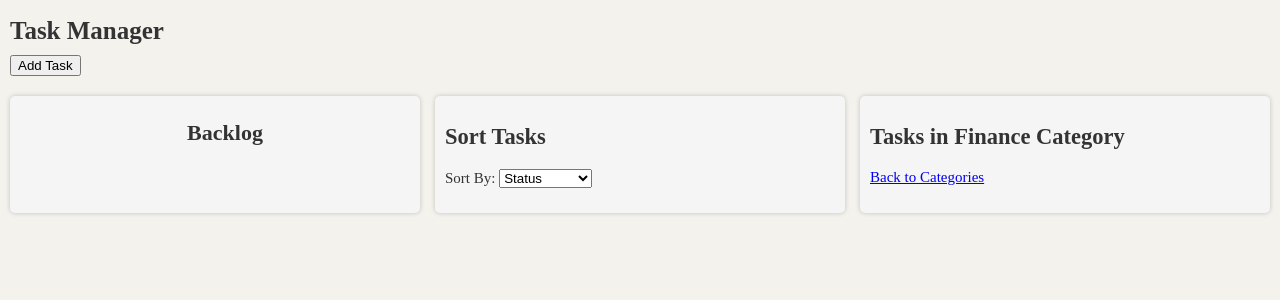
Repository: n-shen/task-tracker
Page: /category/Finance (app in frontend/)
An editor plug-in stored every save of this project. The page is shown before and after the next save, followed by the edit.
The browser window is 1280 px wide. The pictures show the whole page.
The project was rebuilt for these pictures with package versions that can differ from the ones it lists, and the page was loaded fresh each time. Also part of the build but not shown: frontend/src/components/taskManager/addTask.jsx, frontend/src/components/tasks/task.jsx, frontend/src/components/taskManager/viewByCategory.jsx. Imported but missing from the stored project, and not drawn on this page: frontend/src/reportWebVitals.

Above is the page before, as saved 2023-04-20 13:48:18.

### frontend/public/index.html
<!DOCTYPE html>
<html lang="en">
  <head>
    <meta charset="utf-8" />
    <link rel="icon" href="%PUBLIC_URL%/favicon.ico" />
    <meta name="viewport" content="width=device-width, initial-scale=1" />
    <meta name="theme-color" content="#000000" />
    <meta
      name="description"
      content="Web site created using create-react-app"
    />
    <link rel="apple-touch-icon" href="%PUBLIC_URL%/logo192.png" />
    <!--
      manifest.json provides metadata used when your web app is installed on a
      user's mobile device or desktop. See https://developers.google.com/web/fundamentals/web-app-manifest/
    -->
    <link rel="manifest" href="%PUBLIC_URL%/manifest.json" />
    <!--
      Notice the use of %PUBLIC_URL% in the tags above.
      It will be replaced with the URL of the `public` folder during the build.
      Only files inside the `public` folder can be referenced from the HTML.

      Unlike "/favicon.ico" or "favicon.ico", "%PUBLIC_URL%/favicon.ico" will
      work correctly both with client-side routing and a non-root public URL.
      Learn how to configure a non-root public URL by running `npm run build`.
    -->
    <title>Task Tracker App</title>
  </head>
  <body>
    <noscript>You need to enable JavaScript to run this app.</noscript>
    <div id="root"></div>
    <!--
      This HTML file is a template.
      If you open it directly in the browser, you will see an empty page.

      You can add webfonts, meta tags, or analytics to this file.
      The build step will place the bundled scripts into the <body> tag.

      To begin the development, run `npm start` or `yarn start`.
      To create a production bundle, use `npm run build` or `yarn build`.
    -->
  </body>
</html>

### frontend/src/index.js
import React from "react";
import ReactDOM from "react-dom/client";
import "./styles/index.css";
import App from "./App";
import reportWebVitals from "./reportWebVitals";
import { BrowserRouter } from "react-router-dom";

const root = ReactDOM.createRoot(document.getElementById("root"));
root.render(
  <React.StrictMode>
    <BrowserRouter>
      <App />
    </BrowserRouter>
  </React.StrictMode>
);

// If you want to start measuring performance in your app, pass a function
// to log results (for example: reportWebVitals(console.log))
// or send to an analytics endpoint. Learn more: https://bit.ly/CRA-vitals
reportWebVitals();

### frontend/src/styles/index.css
body {
  margin: 0;
  font-family: -apple-system, BlinkMacSystemFont, 'Segoe UI', 'Roboto', 'Oxygen',
    'Ubuntu', 'Cantarell', 'Fira Sans', 'Droid Sans', 'Helvetica Neue',
    sans-serif;
  -webkit-font-smoothing: antialiased;
  -moz-osx-font-smoothing: grayscale;
  background-color: #f2f5f5;
}

code {
  font-family: source-code-pro, Menlo, Monaco, Consolas, 'Courier New',
    monospace;
}

html {
  font-size: 62.5%;
}

### frontend/src/App.js
import React from "react";
import TaskManager from "./components/taskManager/manager";


function App() {
  return (
    <div className="App">
      <TaskManager />
    </div>
  );
}

export default App;

### frontend/src/components/taskManager/manager.jsx
import React, { useState, useEffect } from "react";
import AddTaskForm from "./addTask";
import TaskList from "../tasks/taskLists";
import SortTasks from "./sortTasks";
import ViewByCategory from "./viewByCategory";
import CategoryTask from "./categoryTasks";
import { Routes, Route } from "react-router-dom";
import "../../styles/manager.css";

const TaskManager = () => {
  const [tasks, setTasks] = useState(
    JSON.parse(localStorage.getItem("tasks")) || []
  );
  const [showAddTask, setShowAddTask] = useState(false);

  useEffect(() => {
    localStorage.setItem("tasks", JSON.stringify(tasks));
  }, [tasks]);

  const handleAddTask = (task) => {
    setTasks([...tasks, task]);
    setShowAddTask(false);
  };

  const handleShowAddTask = () => {
    setShowAddTask(true);
  };

  const handleHideAddTask = () => {
    setShowAddTask(false);
  };

  const handleDeleteTask = (index) => {
    const newTasks = [...tasks];
    newTasks.splice(index, 1);
    setTasks(newTasks);
  };

  const handleEditTask = (index, newTask) => {
    const newTasks = [...tasks];
    newTasks[index] = newTask;
    setTasks(newTasks);
  };

  return (
    <div className="taskManager">
      <div className="taskManager--wrapper">
        <h1 className="taskManager--title">Task Manager</h1>
          <div className="taskManager--addTask">
            <div className="taskManager--addTask__btn">
              <button onClick={handleShowAddTask} className="addTask-btn">
                Add Task
              </button>
            </div>
            <div className="taskManager--addTask__container">
              {showAddTask && (
                <AddTaskForm
                  onAdd={handleAddTask}
                  onHideAddTask={handleHideAddTask}
                />
              )}
            </div>
          </div>
          <div className="taskManager--grid">
          <div className="taskManager--taskList">
            <TaskList
              tasks={tasks}
              onDelete={handleDeleteTask}
              onEdit={handleEditTask}
            />
          </div>
          <div className="taskManager--sort">
            <SortTasks tasks={tasks} />
          </div>
          <div className="taskManager--view">
            <Routes>
              <Route path="/" element={<ViewByCategory tasks={tasks} />} />
              <Route
                path="/category/:category"
                element={<CategoryTask tasks={tasks} />}
              />
            </Routes>
          </div>
        </div>
      </div>
    </div>
  );
};

export default TaskManager;

### frontend/src/components/tasks/taskLists.jsx

import React from "react";
import Task from "./task";
import "../../styles/taskList.css";

const TaskList = ({ tasks, onDelete, onEdit }) => {
  return (
    <div className="taskList">
      <h1 className="taskList--head">Backlog</h1>
      {tasks.map((task, index) => (
        <Task
          key={index}
          index={index}
          task={task}
          onDelete={onDelete}
          onEdit={onEdit}
        />
      ))}
    </div>
  );
};

export default TaskList;

### frontend/src/components/taskManager/sortTasks.jsx
import { React, useState } from "react";

const SortTask = ({ tasks }) => {
  const [sortBy, setSortBy] = useState("status");

  const sortedTasks =
    tasks?.slice().sort((a, b) => {
      switch (sortBy) {
        case "title":
          return a.title.localeCompare(b.title);
        case "status":
          return a.status.localeCompare(b.status);
        case "dateAdded":
          return new Date(a.dateAdded) - new Date(b.dateAdded);
        case "dueDate":
          return new Date(a.dueDate) - new Date(b.dueDate);
        case "category":
          return a.category.localeCompare(b.category);
        default:
          return 0;
      }
    }) || [];

  const handleSortBy = (e) => {
    setSortBy(e.target.value);
  };

  return (
    <div>
      <h2>Sort Tasks</h2>
      <div>
        <label htmlFor="sort">Sort By: </label>
        <select name="sort" value={sortBy} onChange={handleSortBy}>
          <option value="title">Title</option>
          <option value="status">Status</option>
          <option value="dateAdded">Date Added</option>
          <option value="dueDate">Due Date</option>
        </select>
      </div>
      <div>
        <ul>
          {sortedTasks.map((task, index) => (
            <li key={index}>
              <h4>{task.title}</h4>
              <p>{task.description}</p>
              <p>Status: {task.status}</p>
              <p>Date Added: {task.dateAdded}</p>
              <p>Due Date: {task.dueDate}</p>
              <p>Category: {task.category}</p>
            </li>
          ))}
        </ul>
      </div>
    </div>
  );
};

export default SortTask;

### frontend/src/components/taskManager/categoryTasks.jsx
import React from "react";
import { useParams } from "react-router-dom";
import { Link } from "react-router-dom";

const CategoryTask = ({ tasks }) => {
  const { category } = useParams();

  const tasksByCategory = tasks.filter((task) => task.category === category);

  return (
    <div>
      <h2>Tasks in {category} Category</h2>
      <ul>
        {tasksByCategory.map((task, index) => (
          <li key={index}>
            <div>Title: {task.title}</div>
            <div>Description: {task.description}</div>
            <div>Status: {task.status}</div>
            <div>Due Date: {task.dueDate}</div>
            <div>Category: {task.category}</div>
          </li>
        ))}
      </ul>
      <Link to="/">Back to Categories</Link>
    </div>
  );
};

export default CategoryTask;

### frontend/src/styles/manager.css
.taskManager {
    background-color: #f3f2ed;
    width: 100vw;
    min-height: 100vh;
    display: flex;
    flex-direction: column;
    font-family: 'Fira Sans';
    font-size: 1.5rem;
    font-weight: 400;
    color: #333;
}

.taskManager--wrapper {
    padding: 0 1rem;
}

.taskManager--title {
    font-size: 2.5rem;
    font-weight: 700;
    margin-bottom: 1rem;
}

.taskManager--grid {
    display: grid;
    grid-template-columns: repeat(3, minmax(min-content, 1fr));
    grid-gap: 1.5rem;
    width: 100%;
    padding-top: 2rem;
}

.taskManager--grid > div {
    background-color: 	#F5F5F5;
    border-radius: 0.5rem;
    padding: 1rem;
    box-shadow: 0 0 0.5rem rgba(0, 0, 0, 0.2);
}

### frontend/src/styles/taskList.css
.taskList {
  display: flex;
  flex-direction: column;
  align-items: flex-start;
  width: 100%;
  height: 100%;
  padding: 0 1rem;
}

.taskList--head {
  align-self: center;
  font-size: 2.2rem;
  font-weight: 700;
}

.task {
  display: flex;
  flex-direction: column;
  align-items: flex-start;
  width: 100%;
  height: 100%;
  margin-bottom: 1rem;
}

.task--wrapper {
  display: flex;
  flex-direction: column;
  align-items: center;
  width: 100%;
  height: 100%;
  border-radius: 0.5rem;
  box-shadow: 0 0 0.5rem rgba(0, 0, 0, 0.2);
}

After the next save:
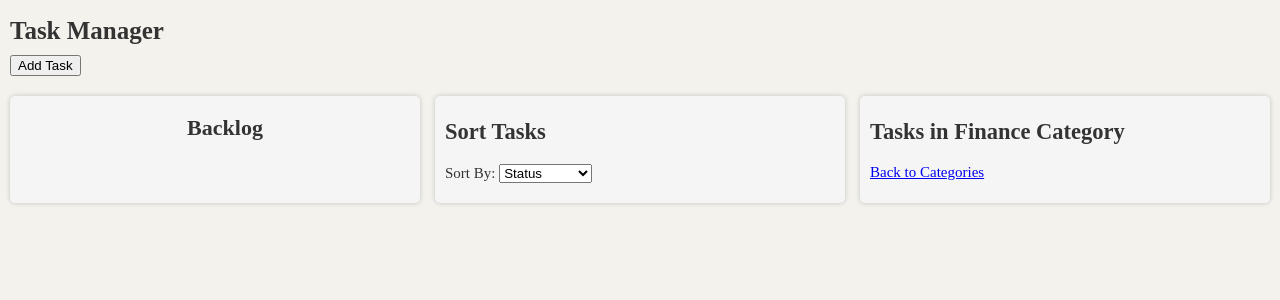
Saved 9 s later.
--- a/frontend/src/styles/manager.css
+++ b/frontend/src/styles/manager.css
@@ -31,6 +31,6 @@
 .taskManager--grid > div {
     background-color: 	#F5F5F5;
     border-radius: 0.5rem;
-    padding: 1rem;
+    padding: .5rem 1rem;
     box-shadow: 0 0 0.5rem rgba(0, 0, 0, 0.2);
 }
